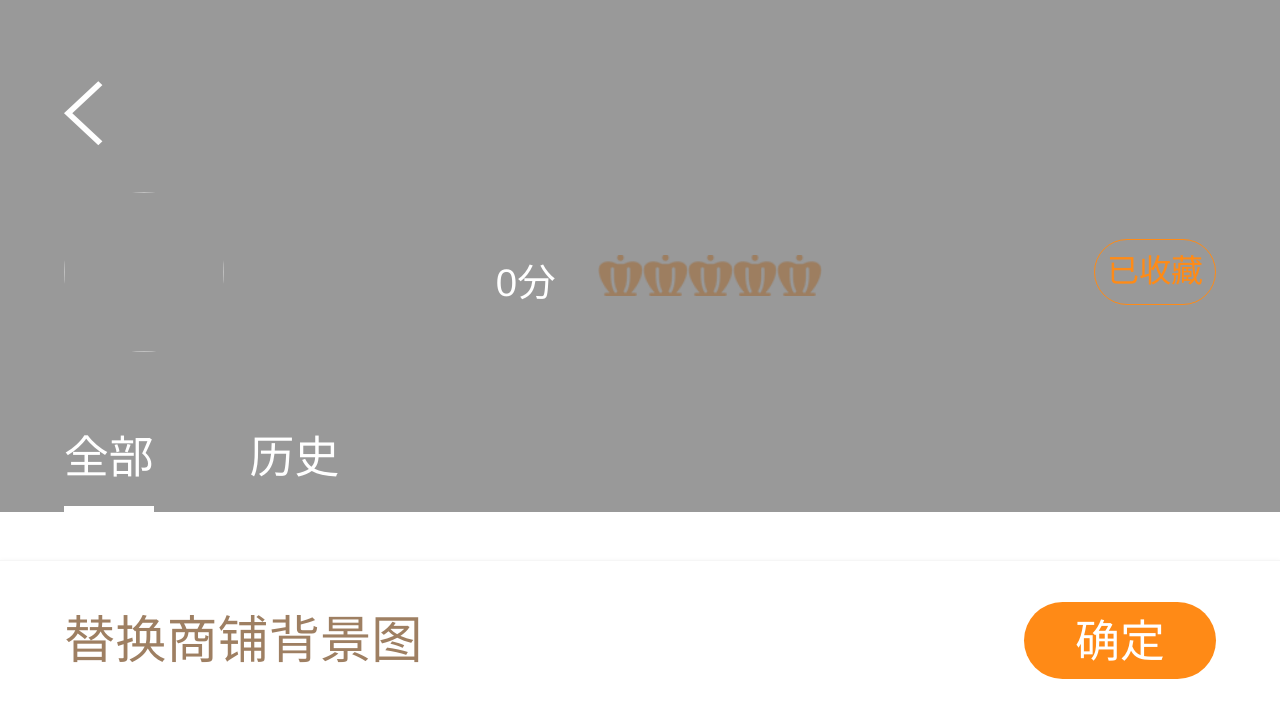
Repository: missing-star/rockBridge
Page: shop-set-bg.html
The author's editor kept a copy of each file at every save. The page is drawn from the files as they stood at one save, then again after the next save.
The browser window is 1280 px wide. The pictures show the whole page.

Above is the page before, as saved 2019-05-16 17:39:56.

After the next save:
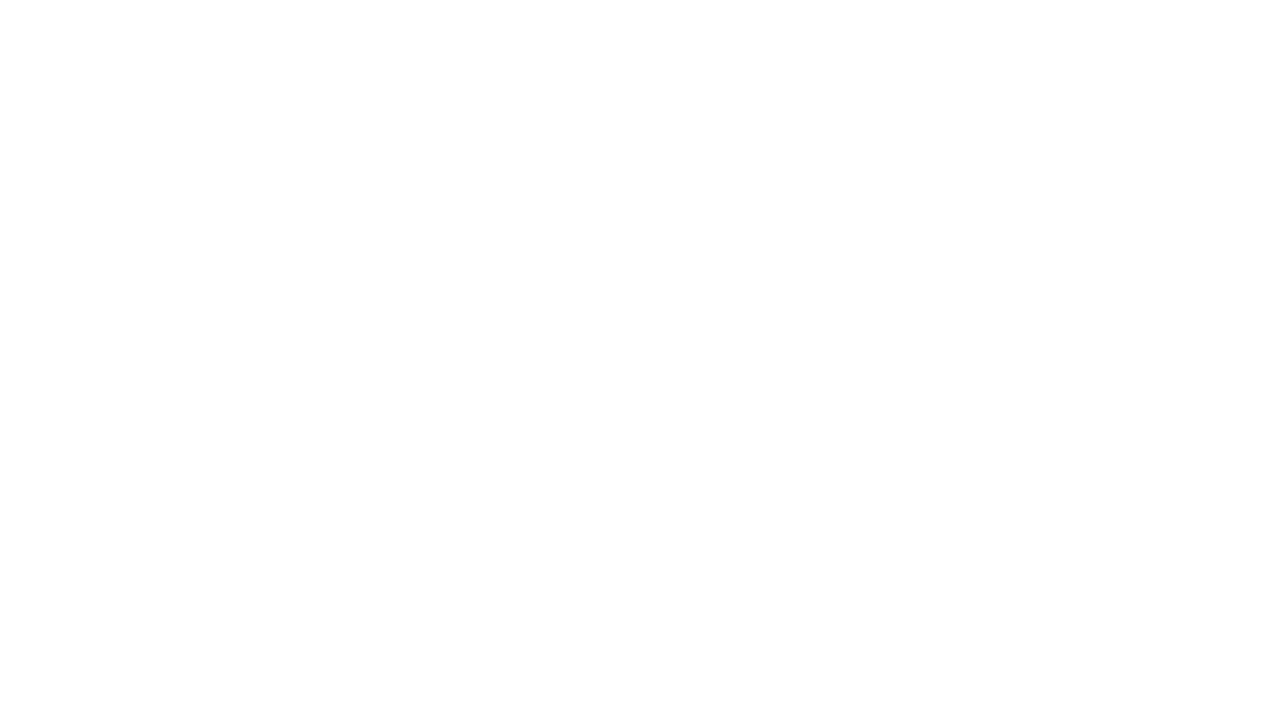
Saved 9 s later.
--- a/js/shop-set-bg.js
+++ b/js/shop-set-bg.js
@@ -7,7 +7,7 @@
         hotList: [],
         score: 0,
         bgList:JSON.parse(localStorage.getItem('bgList')),
-        currentBg:localStorage.getItem('currentBg')
+        currentBgIndex:localStorage.getItem('currentBg')
     },
     filters: {
         //拼接图片地址
@@ -20,7 +20,7 @@
         }
     },
     computed: {
-        getBg:function() {
+        currentBg:function() {
             return `bg/${this.currentBg}.png`;
         }
     },

After the save that followed:
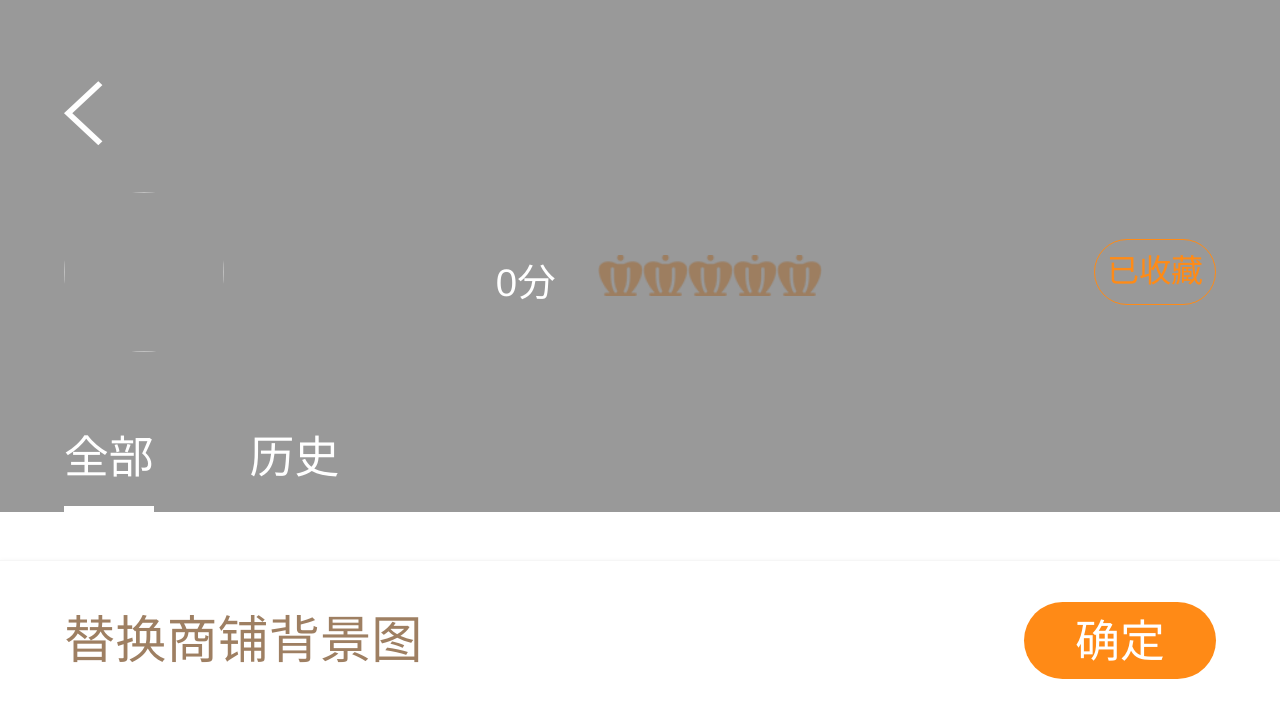
Saved 6 s later.
--- a/js/shop-set-bg.js
+++ b/js/shop-set-bg.js
@@ -21,7 +21,7 @@
     },
     computed: {
         currentBg:function() {
-            return `bg/${this.currentBg}.png`;
+            return `bg/${this.currentBgIndex}.png`;
         }
     },
     methods: {
